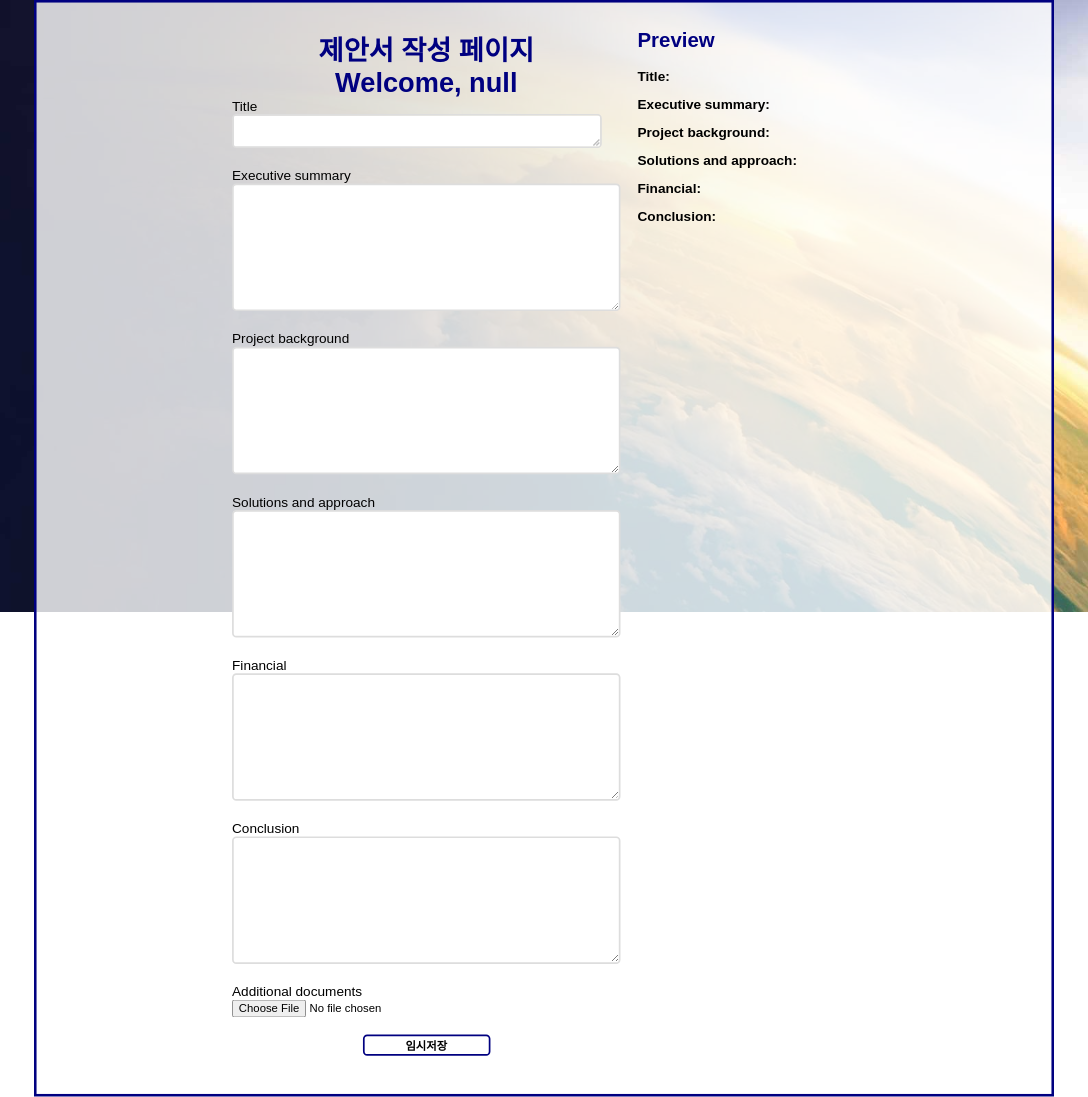
Repository: leeboseok/proposal-board
Page: http://localhost/ProposalSys/create.jsp
The author's editor kept a copy of each file at every save. The page is drawn from the files as they stood at one save, then again after the next save.
The browser window is 1280 px wide. The pictures show the whole page, at 85% of full size.
The page is served by Tomcat 9.

Above is the page before, as saved 2024-07-29 08:45:00.

After the next save:
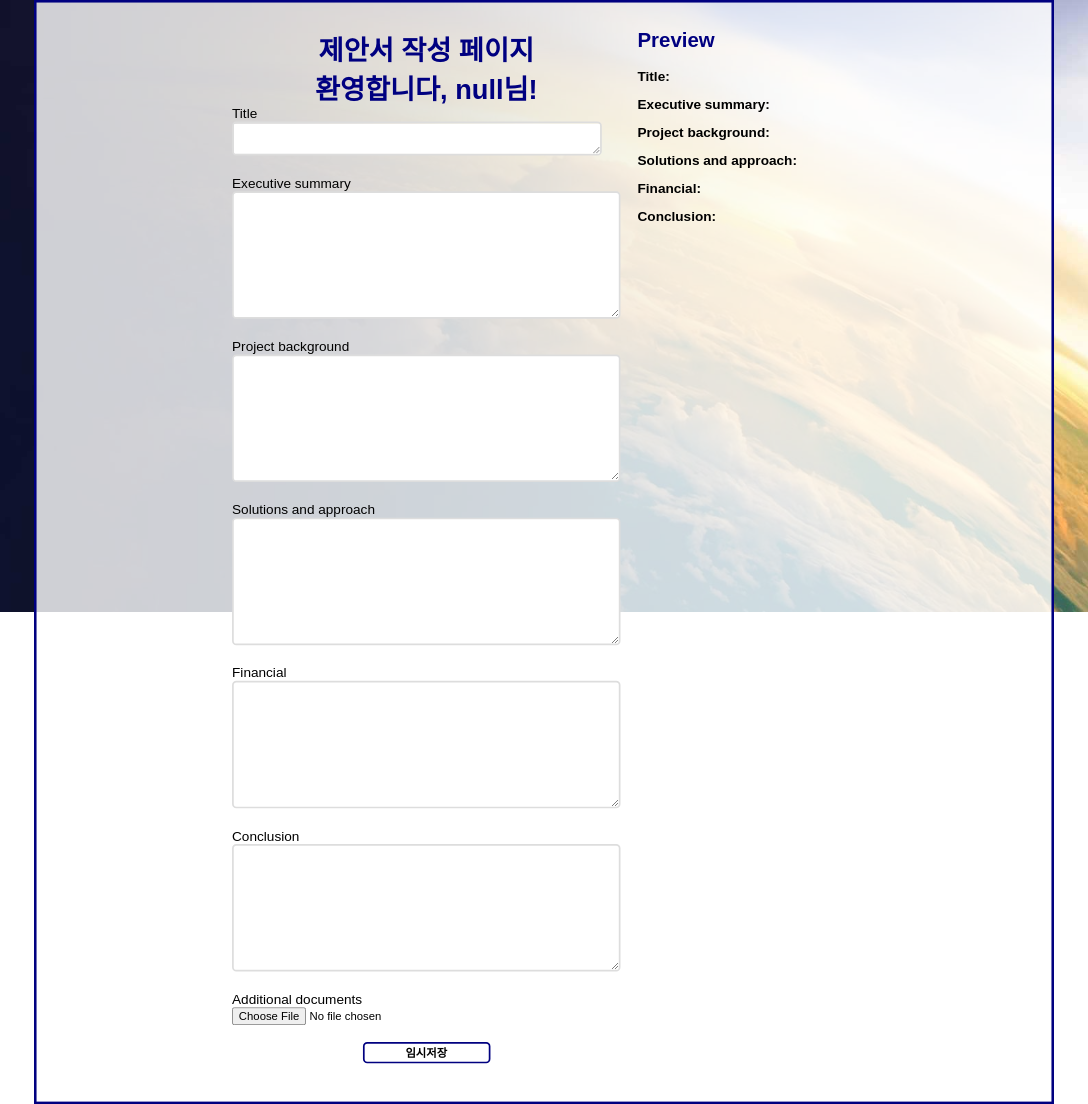
Saved 29 s later.
--- a/ProposalSys/src/main/webapp/create.jsp
+++ b/ProposalSys/src/main/webapp/create.jsp
@@ -127,7 +127,7 @@
             <form method="post" action="createprogress.jsp">
                 <h1>제안서 작성 페이지</h1>
                 <% String data = (String) session.getAttribute("FirstName"); %>
-                <h1>Welcome, <%= data %></h1>
+                <h1>환영합니다, <%= data %>님!</h1>
                 <div>
                     <div>Title</div>
                     <textarea name="title" class="small-input"></textarea>
